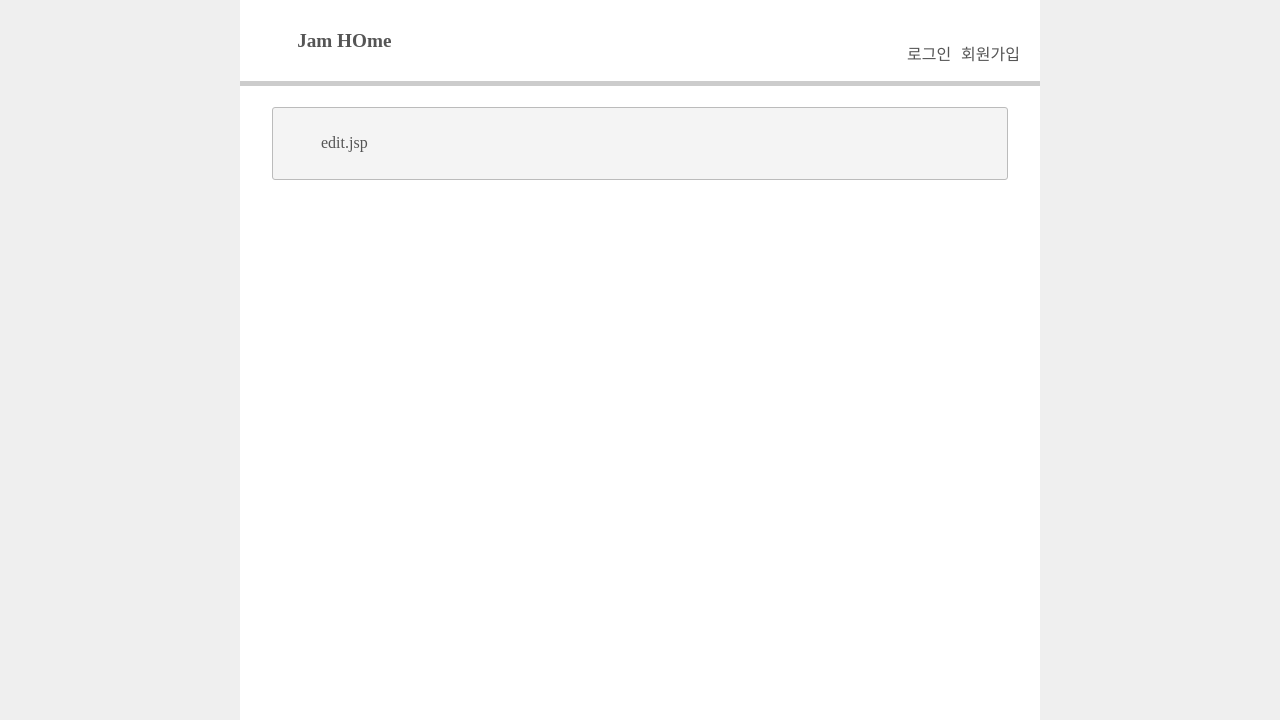
Repository: woals5636/JSPClass
Page: http://localhost/jspPro/days07/board/edit.jsp
These files come from the project's save history. The page is drawn as it stood at one moment and after the next save; the edit follows.
The browser window is 1280 px wide. The pictures show the whole page.
Some web fonts or font styles are not loaded; a fallback is used. The page is served by Tomcat 9.

Above is the page before, as saved 2024-10-21 01:21:16.

After the next save:
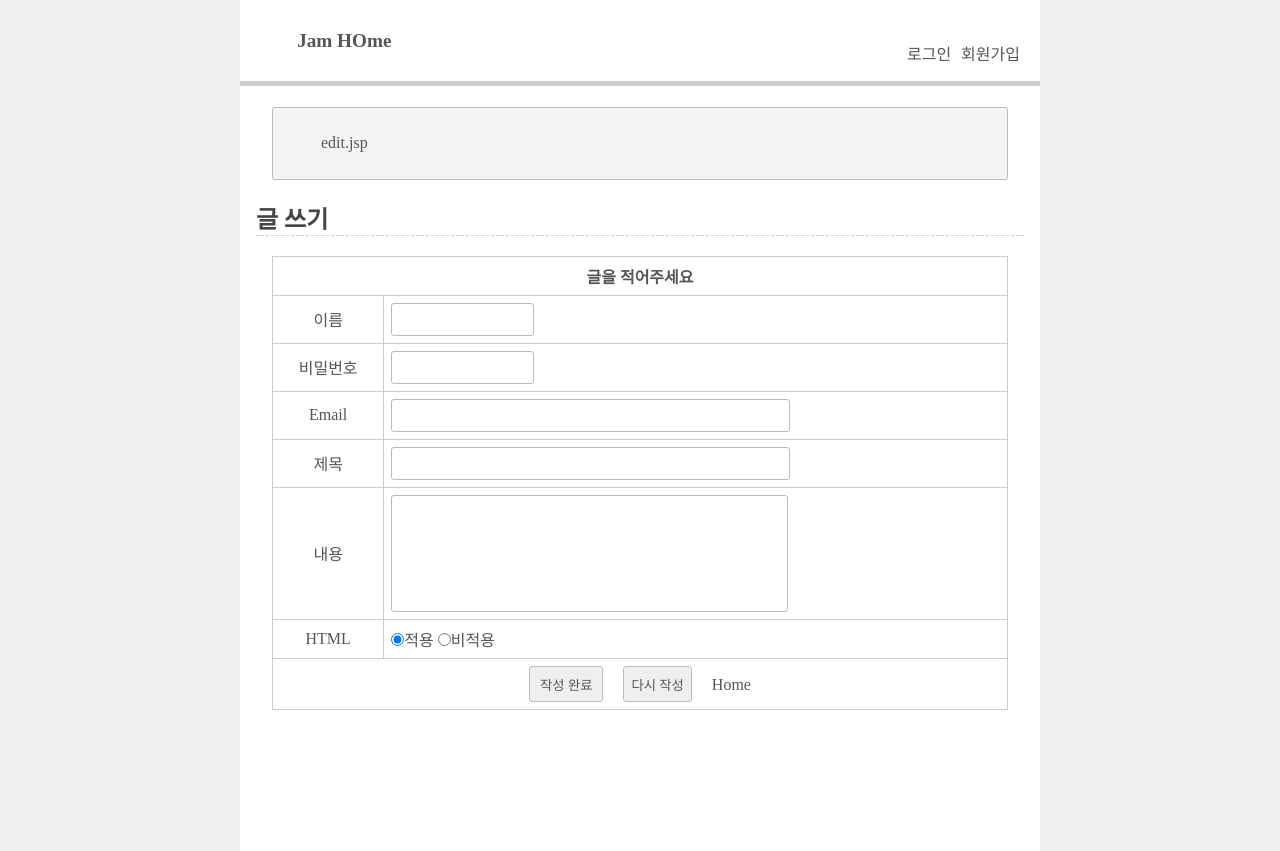
Saved 16 s later.
--- a/jspPro/src/main/webapp/days07/board/edit.jsp
+++ b/jspPro/src/main/webapp/days07/board/edit.jsp
@@ -32,6 +32,51 @@
   <xmp class="code">
   	edit.jsp
   </xmp>
+
+  <h2>글 쓰기</h2>
+<form method="post">
+   <table>
+      <tr>
+         <td colspan="2" align="center"><b>글을 적어주세요</b></td>
+      </tr>
+      <tr>
+         <td align="center">이름</td>
+         <td><input type="text" name="writer" size="15"
+            autofocus="autofocus" required="required"></td>
+      </tr>
+      <tr>
+         <td align="center">비밀번호</td>
+         <td><input type="password" name="pwd" size="15"
+            required="required"></td>
+      </tr>
+      <tr>
+         <td align="center">Email</td>
+         <td><input type="email" name="email" size="50"></td>
+      </tr>
+      <tr>
+         <td align="center">제목</td>
+         <td><input type="text" name="title" size="50"
+            required="required"></td>
+      </tr>
+      <tr>
+         <td align="center">내용</td>
+         <td><textarea name="content" cols="50" rows="10"></textarea></td>
+      </tr>
+      <tr>
+         <td align="center">HTML</td>
+         <td>
+            <input type="radio" name="tag" value="1" checked>적용
+            <input type="radio" name="tag" value="0">비적용
+         </td>
+      </tr>
+      <tr>
+         <td colspan="2" align="center">
+            <input type="submit"   value="작성 완료"> &nbsp;&nbsp;&nbsp;
+            <input type="reset"   value="다시 작성"> &nbsp;&nbsp;&nbsp;
+            <a href="<%=contextPath%>/cstvsboard/list.htm">Home</a></td>
+      </tr>
+   </table>
+</form>
 </div>
 </body>
 </html>
